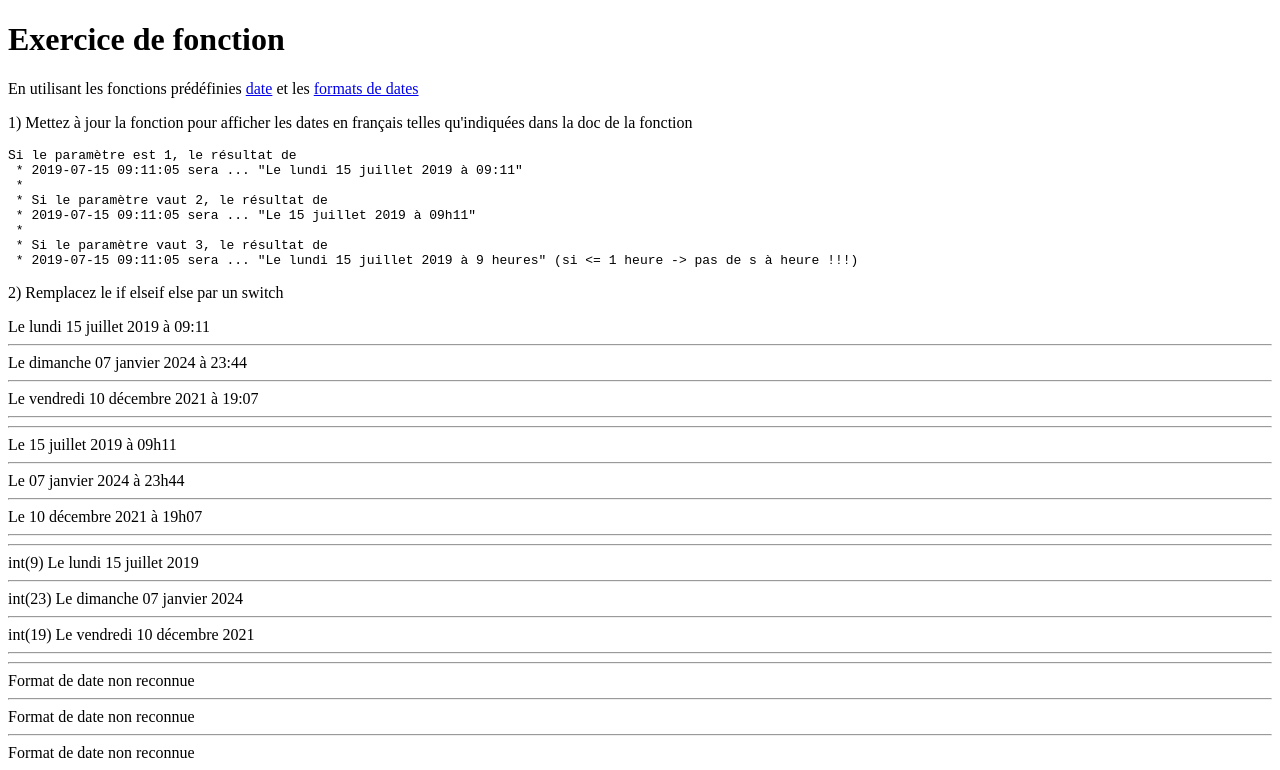
Repository: WebDevCF2m2021/base-php-2021
Page: http://localhost/20-dates-en-francais.php
An editor plug-in stored every save of this project. The page is shown before and after a run of saves, followed by the edit.
The browser window is 1280 px wide. The pictures show the whole page.
The page is run by PHP 8.4 with error messages shown; the project is at /var/www/html/.

Above is the page before, as saved 2021-09-20 18:30:02.

### 20-dates-en-francais.php
<?php

/**
 * frenchDate
 *
 * Permet de transformer une date au format datetime (en français YYYY-MM-JJ HH:MM:SS - en date("Y-m-d H:i/s"))
 *
 * Si le paramètre est 1, le résultat de
 * 2019-07-15 09:11:05 sera ... "Le lundi 15 juillet 2019 à 09:11"
 *
 * Si le paramètre vaut 2, le résultat de
 * 2019-07-15 09:11:05 sera ... "Le 15 juillet 2019 à 09h11"
 *
 * Si le paramètre vaut 3, le résultat de
 * 2019-07-15 09:11:05 sera ... "Le lundi 15 juillet 2019 à 9 heures" (si <= 1 heure -> pas de s à heure !!!)
 *
 * @param  String $date
 * @return String
 */
function frenchDate($date,$format=1){

    // sortie
    $out="";

    // Les jours en français
    $joursTab = ["dimanche","lundi","mardi","mercredi","jeudi","vendredi","samedi"];

    // Les mois en français, on le fait commencer à 1, car l'expression "n" de date nous donne les mois de 1 (janvier) à 12 (décembre)
    $moisTab = [1=>"janvier","février","mars","avril","mai","juin","juillet","août","septembre","octobre","novembre","décembre"];

    // transformation de la date en Timestamp (secondes depuis le 1/1/1970 )
    $date = strtotime($date);
    // A transformer en switch
    if($format===1){
        $out.="Le "
                .$joursTab[date("w",$date)]." " // jour de la semaine en français
                .date("d",$date)." " // chiffre du jour
                .$moisTab[date("n",$date)]." " // mois en français
                .date("Y à H:i",$date); // année / heures / minutes
    }elseif($format===2){
        $out.="Le "
        .date("d",$date)." " // chiffre du jour
        .$moisTab[date("n",$date)]." " // mois en français
        .date("Y à H\hi",$date); // année / heures / minutes
    }elseif($format===3){
        $out.="Le "
        .$joursTab[date("w",$date)]." " // jour de la semaine en français
        .date("d",$date)." " // chiffre du jour
        .$moisTab[date("n",$date)]." " // mois en français
        .date("Y",$date); // année / heures / minutes
        var_dump(intval(date("H",$date)));
/*         if(date("Y",$date)){}else{} */
    }else{
         return "Format de date non reconnue";
    }
    return $out;
}

// date en datetime
$date1 = "2019-07-15 09:11:05";
$date2 = "2024-01-07 23:44:17";
$date3 = "2021-12-10 19:07:17";


?>
<!DOCTYPE html>
<html lang="en">
<head>
    <meta charset="UTF-8">
    <meta http-equiv="X-UA-Compatible" content="IE=edge">
    <meta name="viewport" content="width=device-width, initial-scale=1.0">
    <title>Exercice</title>
</head>
<body>
    <h1>Exercice de fonction</h1>
    <p>En utilisant les fonctions prédéfinies <a href="https://www.php.net/manual/fr/function.date.php" target="_blank">date</a> et les <a href="https://www.php.net/manual/fr/datetime.format.php" target="_blank" rel="noopener noreferrer">formats de dates</a>   </p>
    <p>1) Mettez à jour la fonction pour afficher les dates en français telles qu'indiquées dans la doc de la fonction</p>
    <pre>Si le paramètre est 1, le résultat de
 * 2019-07-15 09:11:05 sera ... "Le lundi 15 juillet 2019 à 09:11"
 *
 * Si le paramètre vaut 2, le résultat de
 * 2019-07-15 09:11:05 sera ... "Le 15 juillet 2019 à 09h11"
 *
 * Si le paramètre vaut 3, le résultat de
 * 2019-07-15 09:11:05 sera ... "Le lundi 15 juillet 2019 à 9 heures" (si <= 1 heure -> pas de s à heure !!!)</pre>
    <p>2) Remplacez le if elseif else par un switch</p>
   <?php
   echo frenchDate($date1);
   echo "<hr>";
   echo frenchDate($date2);
   echo "<hr>";
   echo frenchDate($date3);
   echo "<hr><hr>";
   echo frenchDate($date1,2);
   echo "<hr>";
   echo frenchDate($date2,2);
   echo "<hr>";
   echo frenchDate($date3,2);
   echo "<hr><hr>";
   echo frenchDate($date1,3);
   echo "<hr>";
   echo frenchDate($date2,3);
   echo "<hr>";
   echo frenchDate($date3,3);
   echo "<hr><hr>";
   echo frenchDate($date1,4);
   echo "<hr>";
   echo frenchDate($date2,4);
   echo "<hr>";
   echo frenchDate($date3,4);
   ?>
</body>
</html>

After the next 2 saves:
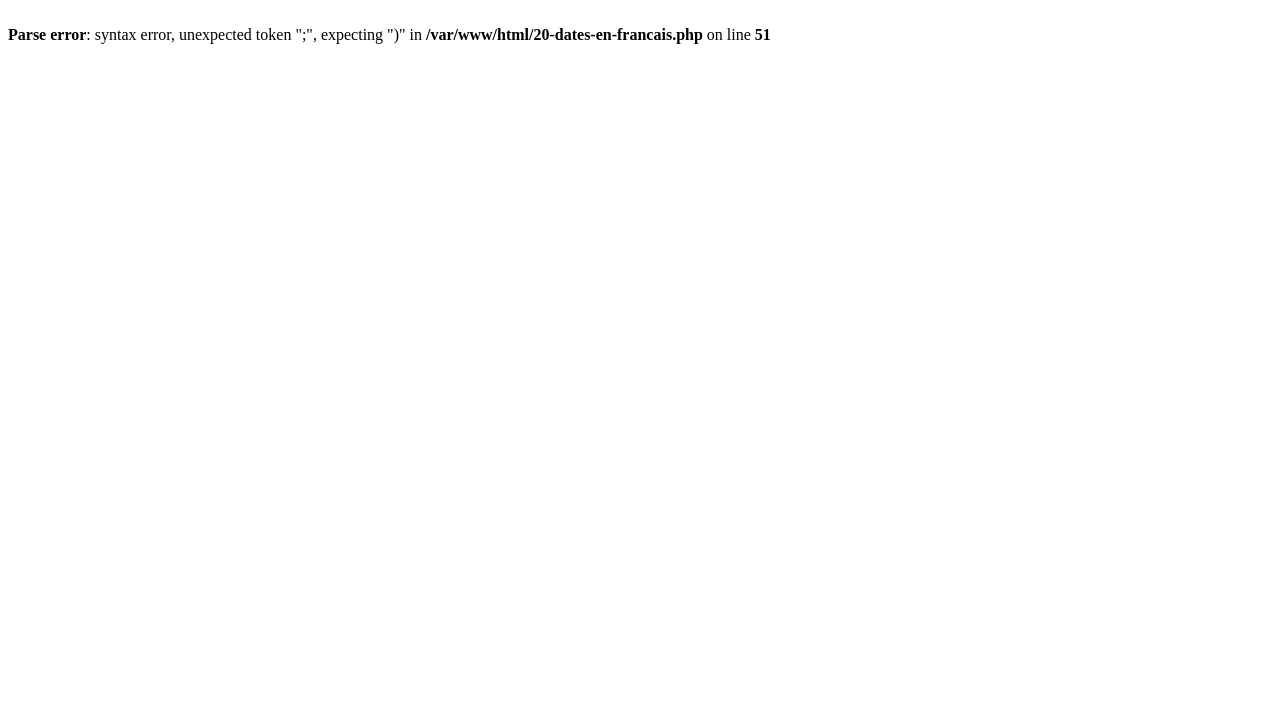
The 2 saves are shown as one change because they came seconds apart.
The last was saved 7 s later.
--- a/20-dates-en-francais.php
+++ b/20-dates-en-francais.php
@@ -48,7 +48,7 @@
         .date("d",$date)." " // chiffre du jour
         .$moisTab[date("n",$date)]." " // mois en français
         .date("Y",$date); // année / heures / minutes
-        var_dump(intval(date("H",$date)));
+        var_dump(intval(date("H",$date));
 /*         if(date("Y",$date)){}else{} */
     }else{
          return "Format de date non reconnue";

After the save that followed:
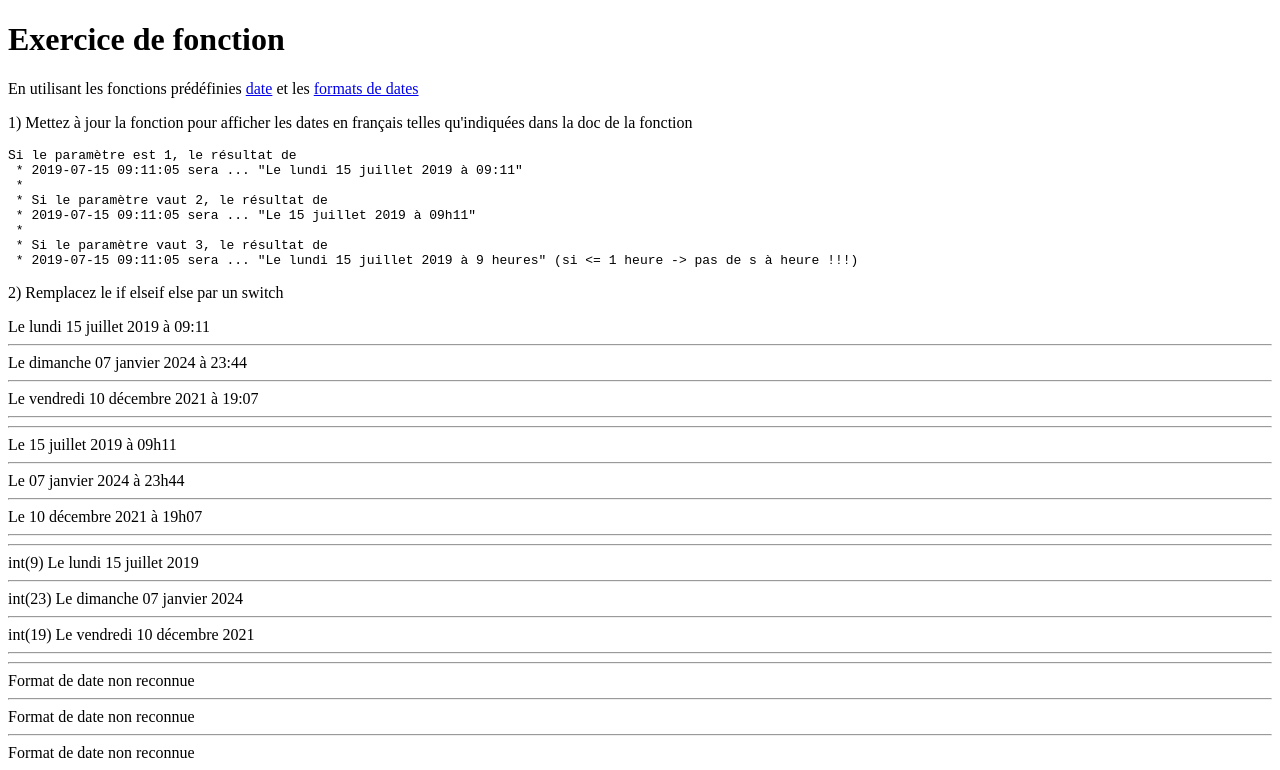
Saved 5 s later.
--- a/20-dates-en-francais.php
+++ b/20-dates-en-francais.php
@@ -48,7 +48,7 @@
         .date("d",$date)." " // chiffre du jour
         .$moisTab[date("n",$date)]." " // mois en français
         .date("Y",$date); // année / heures / minutes
-        var_dump(intval(date("H",$date));
+        var_dump(intval(date("H",$date)));
 /*         if(date("Y",$date)){}else{} */
     }else{
          return "Format de date non reconnue";
